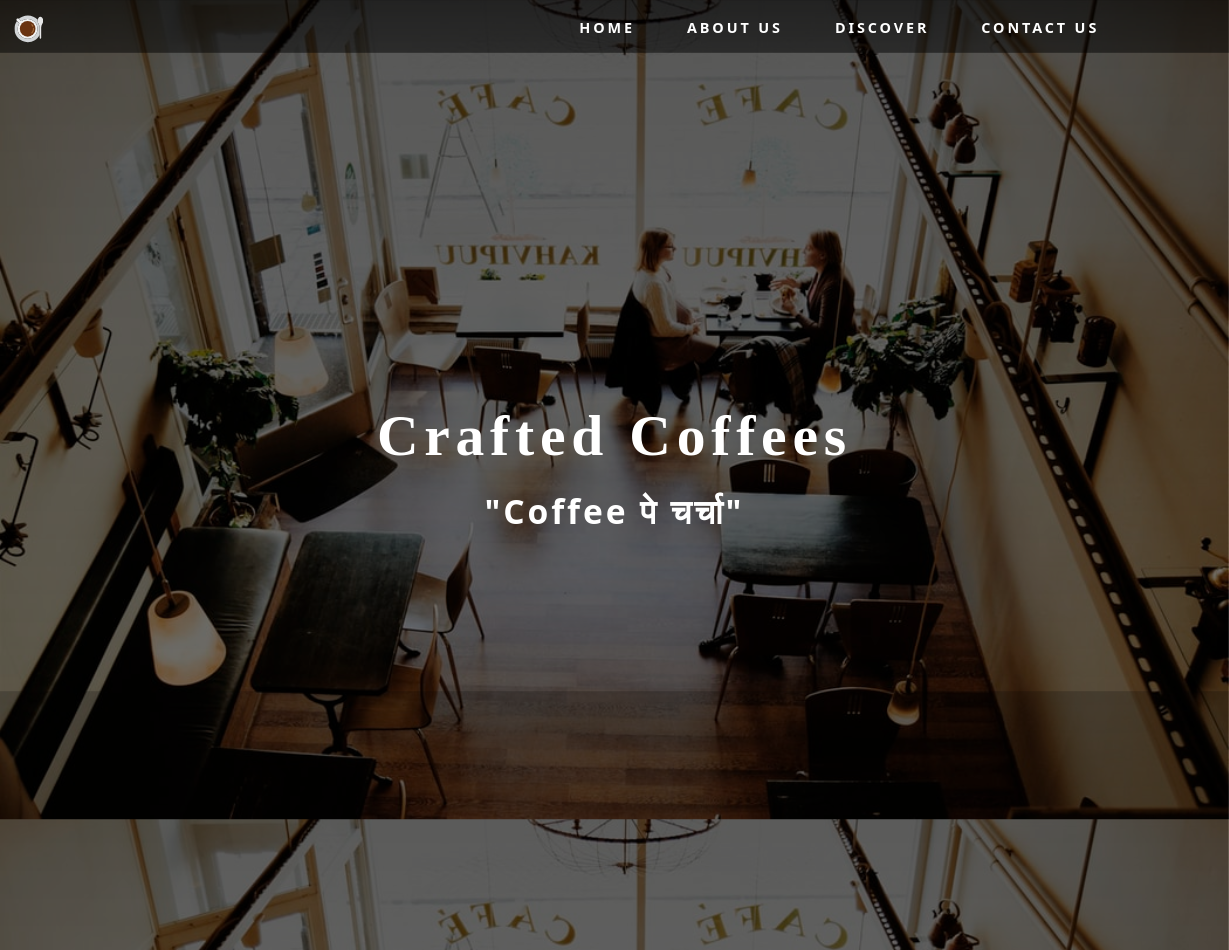
Repository: Aditya0377/Assignments
Page: Assignment/coffee/index.html
These files come from the project's save history. The page is drawn as it stood at one moment and after the next save; the edit follows.
The browser window is 1280 px wide. The pictures show the whole page, at 96% of full size.
Backgrounds fixed to the window are drawn as part of the page. Some web libraries are served in a nearby version.

Above is the page before, as saved 2024-02-01 14:00:26.

After the next save:
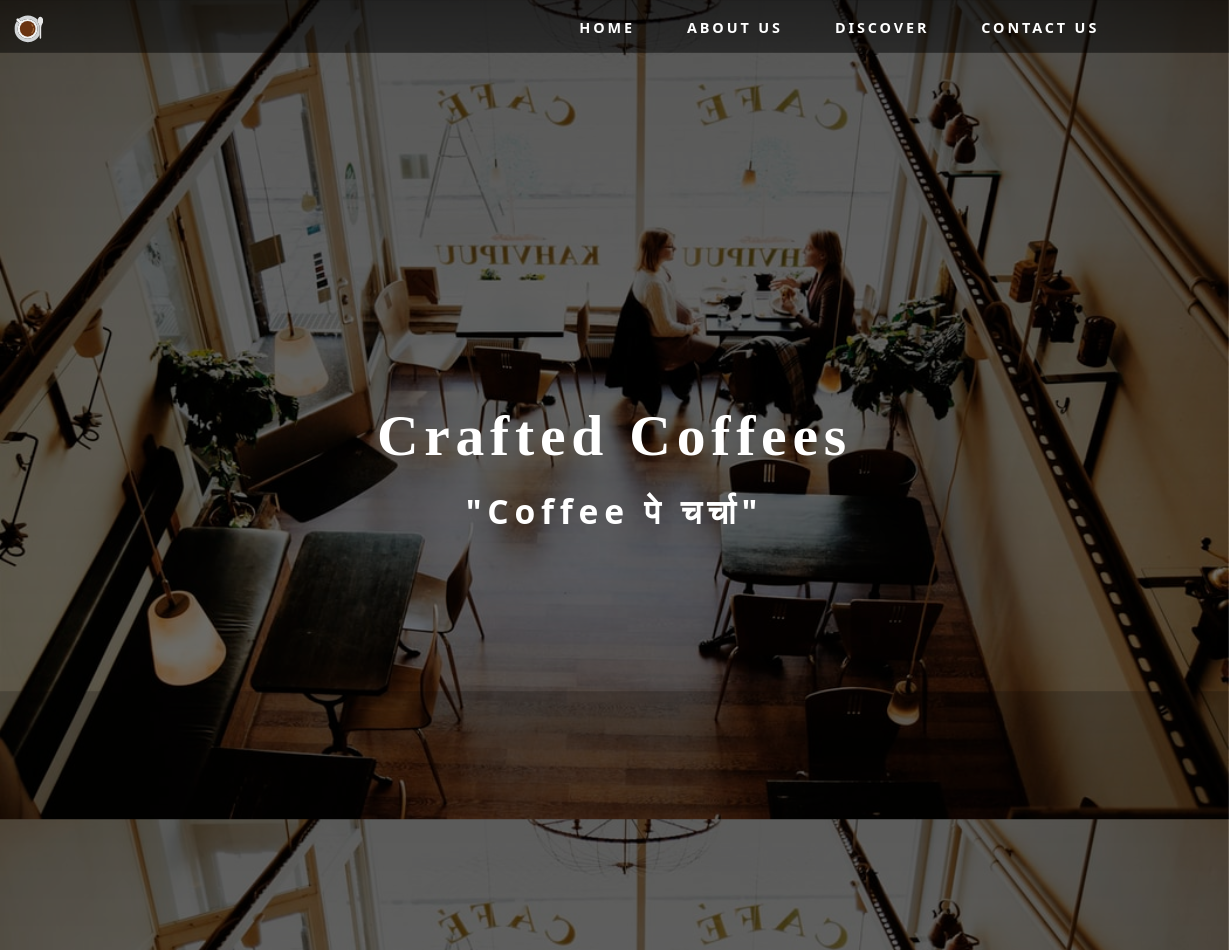
Saved 18 s later.
--- a/Assignment/coffee/coffee.css
+++ b/Assignment/coffee/coffee.css
@@ -77,6 +77,7 @@ a {
 }
 
 .headcont h2 {
+    letter-spacing: 6px;
     font-weight: 600;
     margin-top: 20px;
     font-size: 35px;
